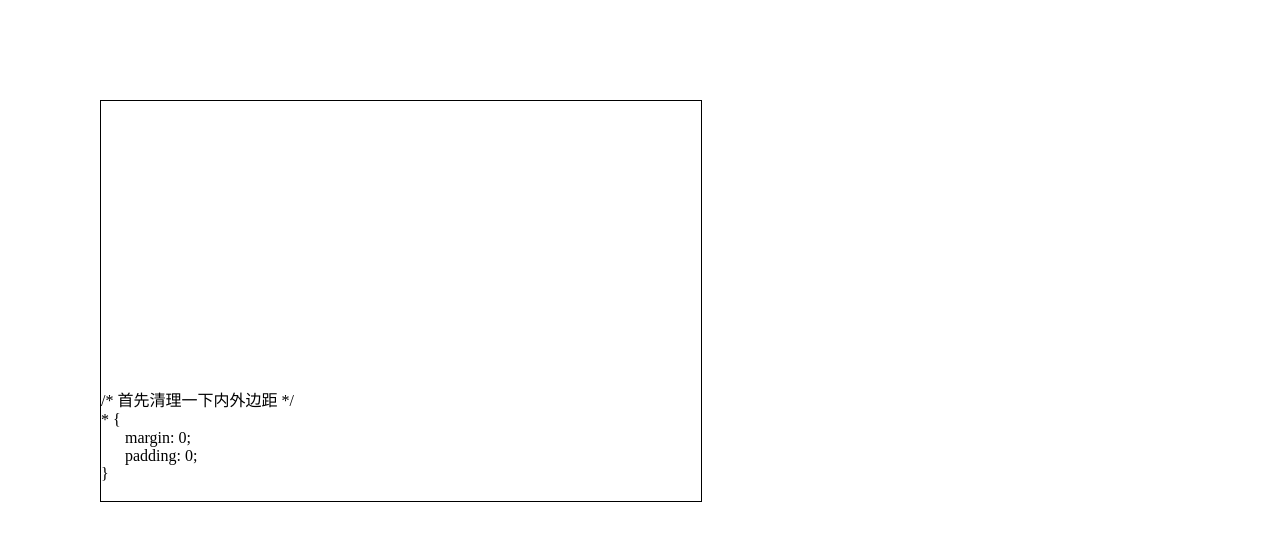
Repository: ScarApocalypse/study
Page: 一些想法/test.html
An editor plug-in stored every save of this project. The page is shown before and after the next save, followed by the edit.
The browser window is 1280 px wide. The pictures show the whole page.

Above is the page before, as saved 2019-08-02 17:12:26.

### 一些想法/test.html
<!DOCTYPE html>
<html lang="en">

<head>
    <meta charset="UTF-8">
    <meta name="viewport" content="width=device-width, initial-scale=1.0">
    <meta http-equiv="X-UA-Compatible" content="ie=edge">
    <title>Document</title>
    <style>
        #wrap {

            position: absolute;
            border: 1px solid #000;
            height: 400px;
            width: 600px;
            left: 100px;
            top: 100px;
            overflow: auto;
        }

        #show {
            position: absolute;
            /* left: 100px; */
            bottom: 0;
            /* min-height:px; */
        }

        .box1 {
            position: absolute;
            left: 0px;
            top: 0px;
            /* z-index:-1; */
        }

        .box2 {
            position: absolute;
            left: 0px;
            top: 0px;
            /* z-index:-1; */
        }

        .box3 {
            position: absolute;
            left: 0px;
            top: 0px;
            /* z-index:-1; */
        }
    </style>
    <style>
        /* 首先清理一下内外边距 */
        * {
            margin: 0;
            padding: 0;
        }

        /* 给背景设置一下颜色 */
        body {
            background-color: #ccc;
        }

        /* 添加动画效果 */
        .transition {
            transition: all 0.5s;
        }

        /* 首先画一个红色的球 */
        .box1 {
            width: 100px;
            height: 100px;
            background-color: red;
            border-radius: 50%;
            position: absolute;
            top: 400px;
            left: 400px;
        }

        /* 然后画一个黄色的球 */
        .box2 {
            width: 100px;
            height: 100px;
            background-color: yellow;
            top: 300px;
            left: 300px;
            border-radius: 50%;
        }

        /* 淦,感觉自己好low啊 */
        .box1 {
            left: 600px;
            width: 200px;
            height: 200px;
        }

        .box2 {
            left: 900px;
            top: 100px;
            width: 150px;
            height: 150px;
        }
    </style>
</head>

<body>
    <div id="wrap" class="">

        <div id="show"></div>


    </div>

    <div class="box1 transition">

    </div>
    <div class="box2 transition">

    </div>

    <script src="https://cdn.bootcss.com/jquery/3.4.1/jquery.min.js"></script>
    <!-- <script src="https://cdn.bootcss.com/jquery-resize/1.1/jquery.ba-resize.min.js"></script> -->
    <script>
        var wrap = document.getElementById('wrap');
        var show = document.getElementById('show');

        var style = document.getElementsByTagName('style')[1];
        // style.innerHTML='';
        var cssText = style.innerHTML;
        console.log(cssText);
        console.log(style);
        var reg = /[{};]/;
        var str = cssText;
        var styleStr = '';
        var showStr = '';
        // var chat="1";




        var length = str.length;
        var strIndex = 0;
        var pat = /(body&|\*\b)/;
        for(var i=0;i<str.length;i++){
            console.log(i+':'+str[i]);
        }


        var timeOut = setInterval(() => {
            if (strIndex == length - 1) {
                // console.log(showStr);
                $(show).css({
                    'background-color': '#333',
                    'position': 'relative',
                    'color': '#fff',
                })
                wrap.scrollTop = wrap.scrollHeight;
                clearInterval(timeOut);

            }
            styleStr += [str[strIndex]];
            showStr += [str[strIndex]];
            if (reg.test(str[strIndex])) {
                showStr += '<br>';
                if ((str[strIndex + 10] != '}') && (str[strIndex + 10] != '.') && (str[strIndex + 10] != '/')) {
                    showStr += '&nbsp;&nbsp;&nbsp;&nbsp;&nbsp;'
                }
                // var newIndex = strIndex + 1;
                // while (1) {
                //     console.log(showStr[newIndex]);
                //     if (showStr[newIndex]) {
                //         break;
                //     }
                // }


            }
            if (str[strIndex] == '/' && str[strIndex - 1] == '*') {
                showStr += '<br>';
            }
            // console.log(showStr);
            // showStr=showStr.replace(pat,'<span class="red">'+'\$1'+'</span>');
            show.innerHTML = showStr;
            style.innerHTML = styleStr;


            strIndex++;
        }, 50);
    </script>
</body>

</html>

After the next save:
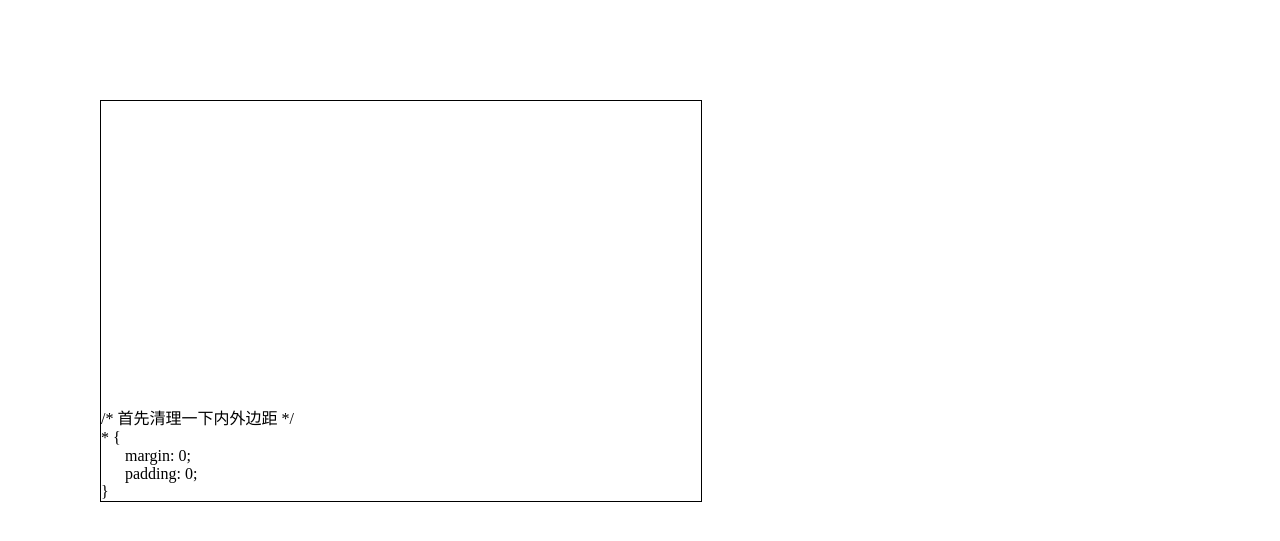
Saved 45 s later.
--- a/一些想法/test.html
+++ b/一些想法/test.html
@@ -159,7 +159,7 @@
             showStr += [str[strIndex]];
             if (reg.test(str[strIndex])) {
                 showStr += '<br>';
-                if ((str[strIndex + 10] != '}') && (str[strIndex + 10] != '.') && (str[strIndex + 10] != '/')) {
+                if ((str[strIndex + 10] != '}') && (str[strIndex + 10] != '.') && (str[strIndex + 11] != '/')) {
                     showStr += '&nbsp;&nbsp;&nbsp;&nbsp;&nbsp;'
                 }
                 // var newIndex = strIndex + 1;

After the save that followed:
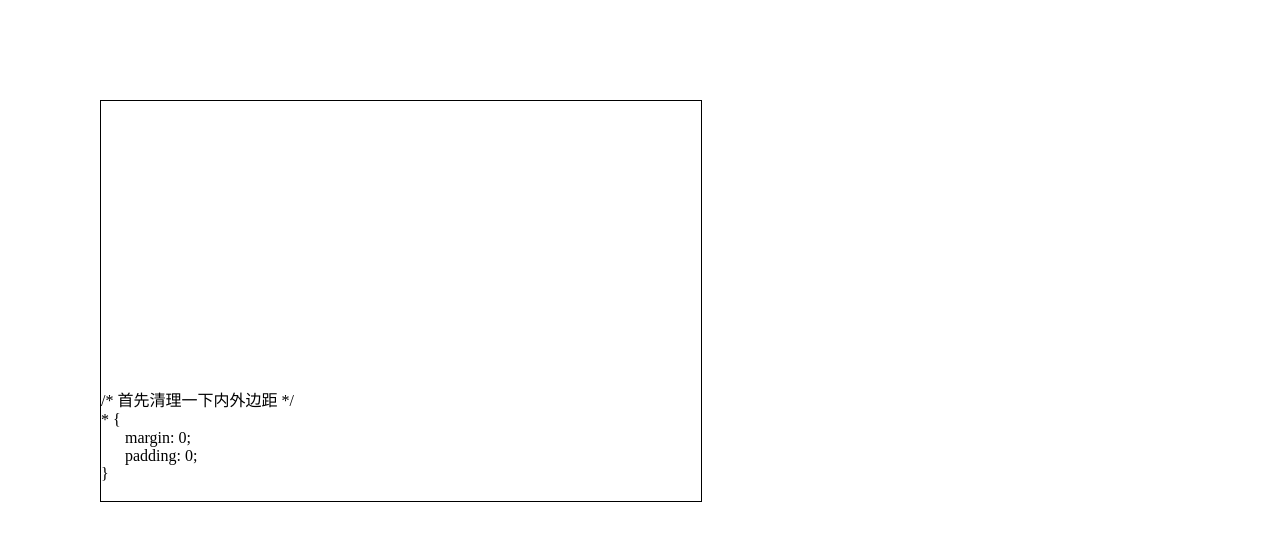
Saved 108 s later.
--- a/一些想法/test.html
+++ b/一些想法/test.html
@@ -52,13 +52,17 @@
             margin: 0;
             padding: 0;
         }
-
         /* 给背景设置一下颜色 */
         body {
             background-color: #ccc;
         }
 
-        /* 添加动画效果 */
+        /*
+        *你好啊
+        *
+        *我很好啊
+        *
+        *给全局添加一下动画 */
         .transition {
             transition: all 0.5s;
         }
